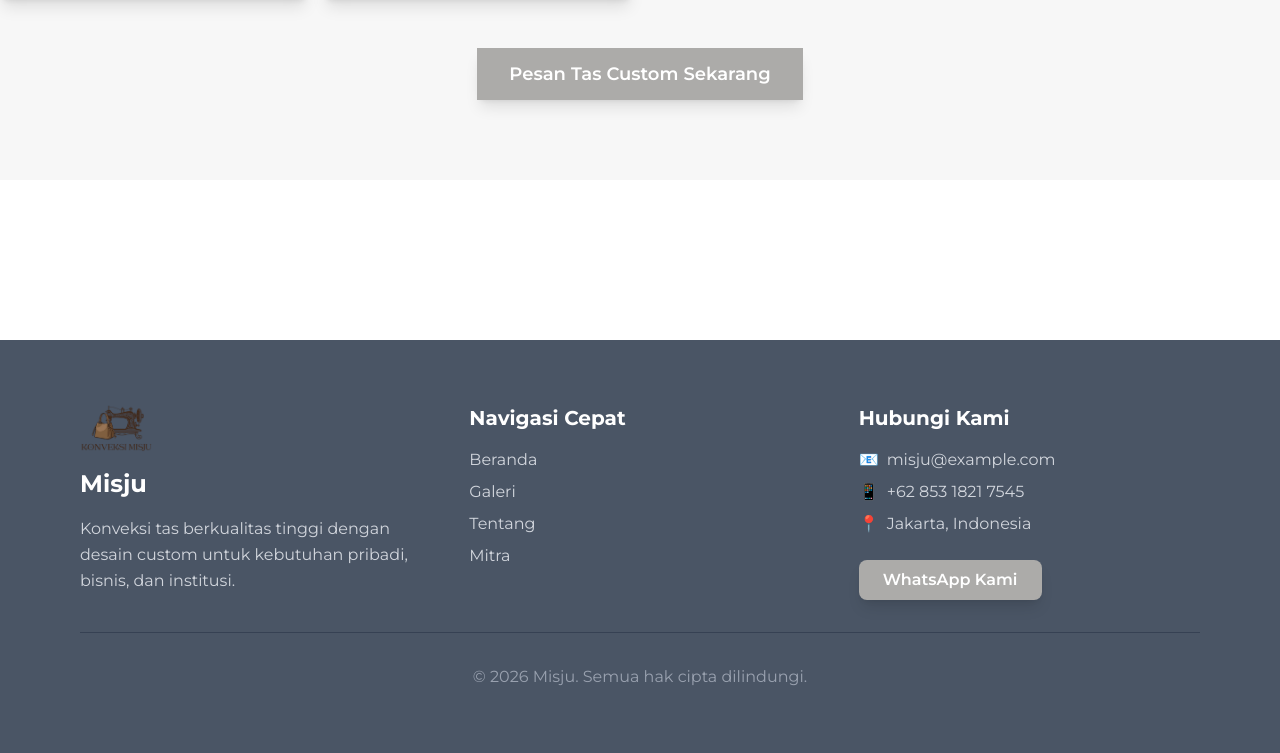
Repository: faridfirdaus-fred/konveksi_misju
Page: /
An editor plug-in stored every save of this project. The page is shown before and after a run of saves, followed by the edit.
The browser window is 1280 px wide. The pictures show the part of the page from y = 2695 to 3448 px (the page is 3448 px tall).
The project was rebuilt for these pictures with package versions that can differ from the ones it lists, and the page was loaded fresh each time. Also part of the build but not shown: vite.config.js.

Above is the page before, as saved 2026-01-09 21:29:50.

After the next 2 saves:
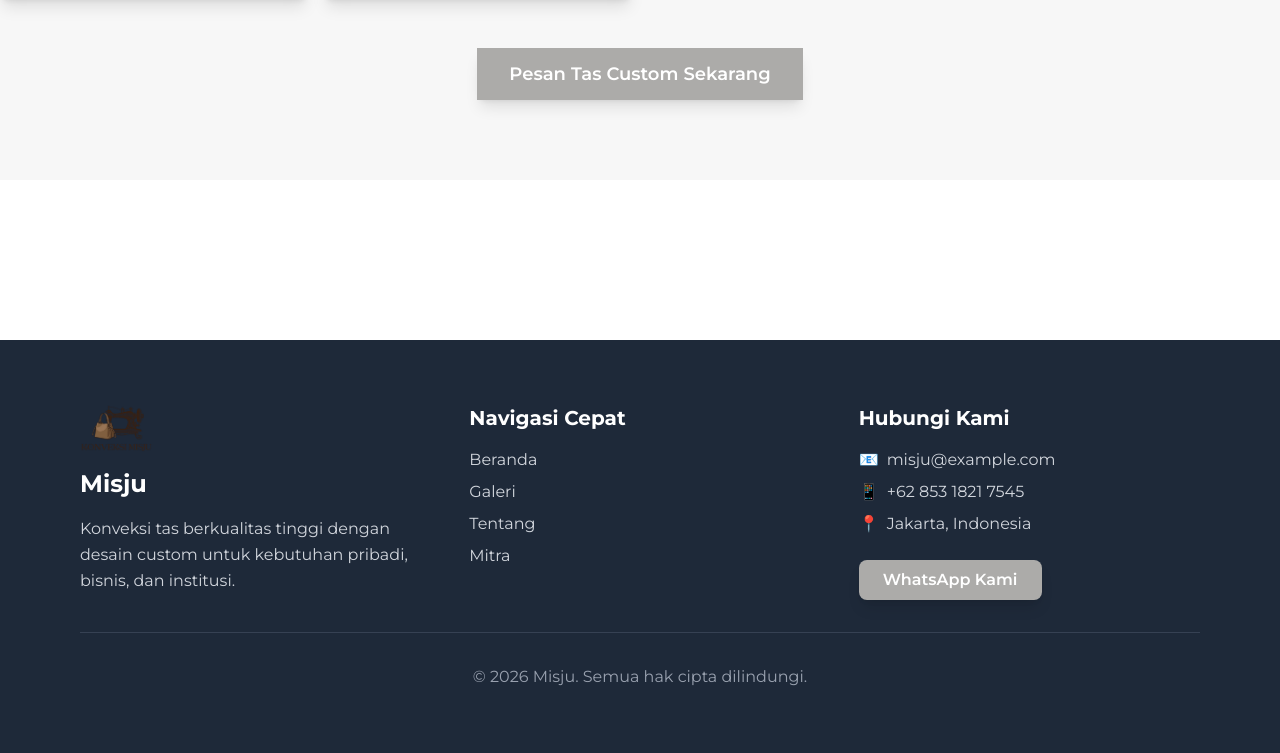
The 2 saves are shown as one change because they came seconds apart.
The last was saved 110 s later.
--- a/src/components/Footer.jsx
+++ b/src/components/Footer.jsx
@@ -9,7 +9,7 @@
   }
 
   return (
-    <footer id="footer" className="bg-gray-600 text-white py-12 md:py-16 px-4 md:px-8 lg:px-20">
+    <footer id="footer" className="bg-gray-800 text-white py-12 md:py-16 px-4 md:px-8 lg:px-20">
       <div className="w-full mx-auto">
         <div className="grid grid-cols-1 md:grid-cols-3 gap-8 md:gap-12 mb-8">
           {/* About */}
